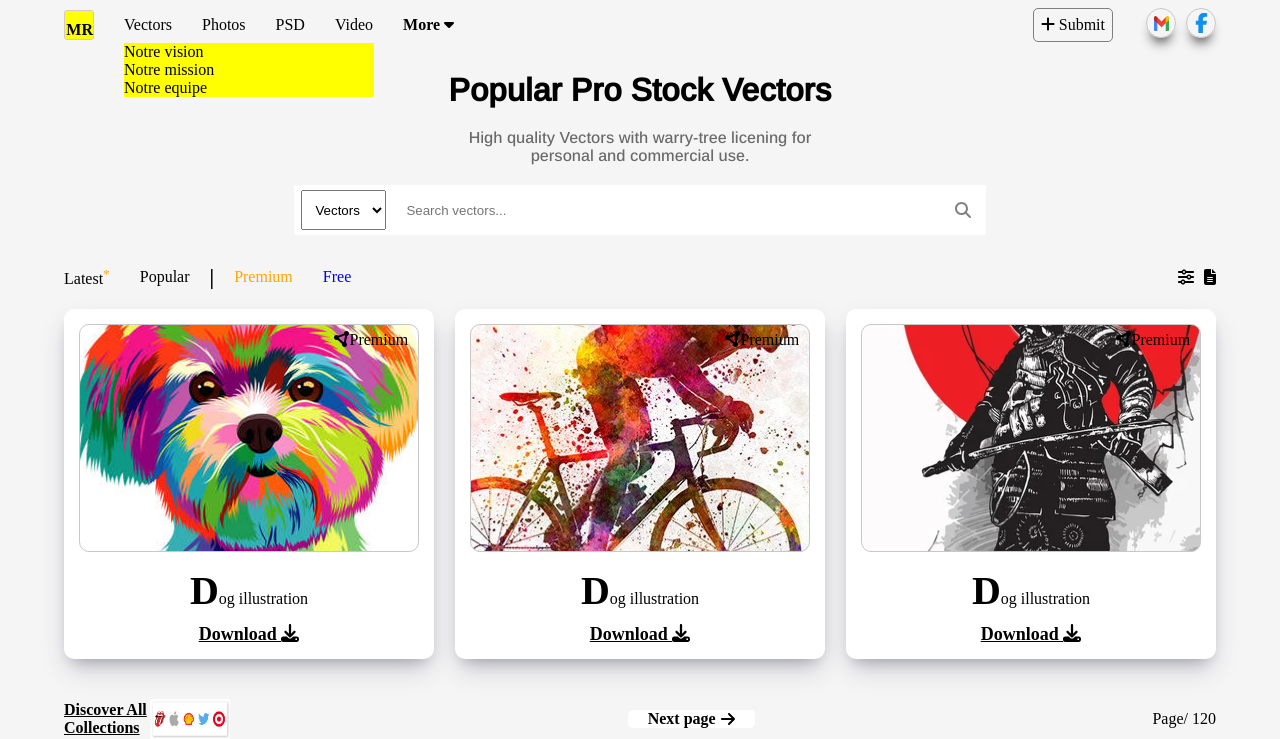
Repository: kegbaDev/VectorTemplate
Page: /
These files come from the project's save history. The page is drawn as it stood at one moment and after the next save; the edit follows.
The browser window is 1280 px wide. The pictures show the whole page.
The project was rebuilt for these pictures with package versions that can differ from the ones it lists, and the page was loaded fresh each time. Also part of the build but not shown: vite.config.js.

Above is the page before, as saved 2023-04-14 01:53:11.

### index.html
<!DOCTYPE html>
<html lang="en">
  <head>
    <meta charset="UTF-8" />
    <link rel="icon" href="/favicon.ico" />
    <meta name="viewport" content="width=device-width, initial-scale=1.0" />
    <title>Vite App</title>
  </head>
  <body style="background-color: rgb(245, 245, 245)">
    <div id="app"></div>
    <script type="module" src="/src/main.js"></script>
  </body>
</html>

### src/main.js
import { createApp } from 'vue'
import App from './App.vue'

// fontawesome importation
import '@fortawesome/fontawesome-free/css/all.css'
import '@fortawesome/fontawesome-free/js/all.js'

createApp(App).mount('#app')

### src/App.vue
<template>
<div class="wrapper">
  <div class="navbar">
    <div class="left bounce">
      <div class="logo">MR</div>
      <ul>
        <li>
          Vectors
          <div class="sous_menu">
            <ul class="liens">
              <li class="lien">Notre vision</li>
              <li class="lien">Notre mission</li>
              <li class="lien">Notre equipe</li>
            </ul>
          </div>
        </li>
        <li>Photos</li>
        <li>PSD</li>
        <li>Video</li>
        <li><span class="more" >More</span><i class="fa-solid fa-caret-down"></i></li>
      </ul>
    </div>
    <div class="right">
      <div class="submit">
        <i class="fa-solid fa-plus"></i>
        Submit
      </div>
      <div class="logo_collection">
        <div class="logo_card">
          <img src="./assets/gmail-logo-16.png" alt="google-icon" width="15px" height="15px">
        </div>
        <div class="logo_card">
          <i class="fa-brands fa-facebook-f" style="color: #1191ee; width: 25px;height: 20px;"></i>
        </div>
      </div>
    </div>
  </div>


  <!-- Second component -->


  <div class="text_section">
    <h1 class="title slideInUp">Popular Pro Stock Vectors</h1>
    <p class="paragraph slideInUp">
      High quality Vectors with warry-tree licening for <br>
      personal and commercial use.
    </p>
    <div class="input_card slideInRight">
      <select name="" id="">
        <option value="value1">Vectors</option>
        <option value="value2">Vectors</option>
      </select>
      <input type="text" placeholder="Search vectors... ">
      <i class="fa-solid fa-magnifying-glass" style="color: grey; margin-right: 15px;"></i>
    </div>
  </div>

  <!-- Third component -->

  <div class="row">
    <div class="left-row">
      <ul>
        <li>Latest<sup style="color:orange">*</sup></li>
        <li>Popular</li>
      </ul>
      <span class="pipe">
        |
      </span>
      <ul>
        <li style="color:orange">Premium</li>
        <li style="color:blue">Free</li>
      </ul>
    </div>
    <div class="right-row">
      <i class="fa-solid fa-sliders"></i>
      <i class="fa-solid fa-file-lines"></i>
    </div>
  </div>

  <!-- Fourth component  -->

  <div class="card_content slideInUp">
    <div class="main_card">
      <div class="image_and_text_space">
        <i class="fa-solid fa-circle-nodes"></i>Premium
      </div>
      <p style="margin-bottom: 10px;"><span style="text-transform: uppercase; font-weight: bolder; font-size: 40px;">D</span>og illustration</p>
      <p class="download">Download <i class="fa-solid fa-download"></i></p>
    </div>
    <div class="main_card">
      <div class="image_and_text_space2">
        <i class="fa-solid fa-circle-nodes"></i>Premium
      </div>
      <p style="margin-bottom: 10px;"><span style="text-transform: uppercase; font-weight: bolder; font-size: 40px;">D</span>og illustration</p>
      <p class="download">Download <i class="fa-solid fa-download"></i></p>
    </div>
    <div class="main_card">
      <div class="image_and_text_space3">
        <!-- <img src="./assets/154416(1).svg" width="209px" height="300px" alt=""> -->
        <i class="fa-solid fa-circle-nodes"></i>Premium
      </div>
      <p style="margin-bottom: 10px;"><span style="text-transform: uppercase; font-weight: bolder; font-size: 40px;">D</span>og illustration</p>
      <p class="download">Download <i class="fa-solid fa-download"></i></p>
    </div>
    <!-- <div class="main_card">
      <div class="image_and_text_space">
        Premium
      </div>
      <p>Dog illustration</p>
      <p class="download">Download<i class="fa-solid fa-download"></i></p>
    </div>
    <div class="main_card">
      <div class="image_and_text_space">
        Premium
      </div>
      <p>Dog illustration</p>
      <p class="download">Download<i class="fa-solid fa-download"></i></p>
    </div> -->
  </div>

  <!-- Last component -->
  <div class="last_row">
    <div class="start">
      <div class="part">
        Discover All <br>
        Collections
      </div>
      <img src="./assets/imagesfinal.jpg" alt="" style="width: 80px; height: 40px;">
    </div>
    <div class="between">
      Next page <i class="fa-solid fa-arrow-right"></i>
    </div>
    <div class="end">
      Page/ 120
    </div>
  </div>
</div>




</template>

<script setup>

</script>


<style scoped>
@import url('https://fonts.googleapis.com/css2?family=Arimo:wght@500&display=swap');
.wrapper{
  height: 100vh;
  width: 90vw;
  margin:auto;
}
*{
  padding: 0px;
  margin: 0px;
  box-sizing: border-box;
  /* font-family: 'Arimo', sans-serif; */
}
.left{
  display: flex;
  align-items: center;
}

ul{
  list-style: none;
  display: flex;
  gap: 30px;
  margin-left: 30px;
}
ul li{
  cursor: pointer;
}
.more{
  font-weight: bolder;
  padding-right: 4px;
}
.logo{
  width: 30px;
  height: 30px;
  border: 1px solid rgb(214, 201, 201);
  background-color: yellow;
  font-weight: bolder;
  display: flex;
  justify-content: end;
  align-items: end;
  border-radius: 3px;
  cursor: pointer;
}
.navbar{
  display: flex;
  justify-content: space-between;
}
.right{
  display: flex;
  gap: 3px;
}
.submit{
  border: 1px solid gray;
  padding: 7px;
  margin-right: 30px;
  border-radius: 5px;
  background-color: rgba(234, 233, 233, 0.03);
  cursor: pointer;
  transition: all 400ms ease-in-out;
}
.submit:hover{
  background-color: yellow;
  /* font-weight: bolder; */
  scale: 1.1;
}
.logo_collection{
  display: flex;
  gap: 10px;
}
.logo_card{
  width: 30px;
  height: 30px;
  border: 1px solid black;
  display: flex;
  align-items: center;
  justify-content: center;
  border-radius: 50%;
  border-color: rgb(202, 198, 198);
  -webkit-box-shadow: 0px 10px 13px -7px #000000, -2px -2px 15px 6px rgba(26,17,18,0);
  box-shadow: 0px 10px 13px -7px #000000, -2px -2px 15px 6px rgba(26,17,18,0);
  cursor: pointer;transition: all 300ms ease-in-out;

}
.logo_card:hover{
  -webkit-box-shadow: 0px 10px 13px -7px #000000, -2px -2px 15px 6px rgba(26,17,18,0);
  box-shadow: 0px 10px 13px -7px #000000, -2px -2px 15px 6px rgba(26,17,18,0);
  scale: 1.2;

}

              /* Menu deroulant */
.sous_menu .liens{
  position: absolute;
  display: block;
  background-color: yellow;
  width: 250px;
  margin-left: 0px;
  top: 35px;
}

              /* Menu deroulant */

/* Second composant */

.text_section{
  margin: 30px auto;
  text-align: center;
}
.title{
  font-family: 'Arimo', sans-serif;
  margin-bottom: 20px;
}
.paragraph{
  font-family: 'Arimo', sans-serif;
  margin-bottom: 20px;
  color: rgb(107, 106, 106);
}
.input_card{
  width: 60%;
  height: 50px;
  background-color: white;
  margin: auto;
  display: flex;
  align-items: center;
  border-radius: 2px;
}
input{
  width: 100%;
  padding-left: 20px;
  border: none;
}
input, select{
  height: 40px;
}
select{
  padding: 9px;
  margin-left: 7px;
}

/* Third component */
.row{
  display: flex;
  justify-content: space-between;
  margin-bottom: 20px;
}
.left-row ul{
  margin: 0px;
  padding: 0px;
  display: flex;
  align-items: center;
}
.left-row, .right-row{
  display: flex;
  align-items: center;
}
.pipe{
  margin: 0px 20px;
}

.pipe{
  font-weight: bolder;
  font-size: 1.3em;
}
.right-row{
  gap: 10px;
}

/* Fourth component */

.card_content{
  display: flex;
  justify-content: space-between;
}
.main_card{
  min-width: 370px;
  min-height: 350px;
  /* border: 1px solid black; */
  border-radius: 10px;
  background-color: white;
  box-shadow: rgba(50, 50, 93, 0.25) 0px 13px 27px -5px, rgba(0, 0, 0, 0.3) 0px 8px 16px -8px;
  padding-bottom: 25px;
  cursor: pointer;
  transition: all 400ms ease-in-out;
}
.main_card:hover{
  scale: 1.02;
}
.main_card p{
  text-align: center;
}
.download{
  font-weight: bolder;
  text-decoration: underline;
  font-size: large;
}
.image_and_text_space{
  padding-top: 6px;
  padding-right: 10px;
  text-align: end;
  height: 70%;
  width: 92%;
  border: 1px solid rgb(201, 199, 199);
  border-radius: 10px;
  margin: 15px auto;
  background-image: url(./assets/chien_color.jpg);
  background-repeat: no-repeat;
  background-position: center;
}
.image_and_text_space2{
  background-image: url(./assets/velo.jpg) !important;
  padding-top: 6px;
  padding-right: 10px;
  text-align: end;
  height: 70%;
  width: 92%;
  border: 1px solid rgb(201, 199, 199);
  border-radius: 10px;
  margin: 15px auto;
  background-repeat: no-repeat;
  background-position: center;
}
.image_and_text_space3{
  background-image: url(./assets/sa.webp) !important;
  padding-top: 6px;
  padding-right: 10px;
  text-align: end;
  height: 70%;
  width: 92%;
  border: 1px solid rgb(201, 199, 199);
  border-radius: 10px;
  margin: 15px auto;
  background-repeat: no-repeat;
  /* object-fit: contain; */
  background-position: center;
}

/* Animation */

.bounce {
  -webkit-animation-name: bounce;
  animation-name: bounce;
  -webkit-transform-origin: center bottom;
  -ms-transform-origin: center bottom;
  transform-origin: center bottom;
  -webkit-animation-duration: 1s;
  animation-duration: 1s;
  -webkit-animation-fill-mode: both;
  animation-fill-mode: both;
  }
  @-webkit-keyframes bounce {
  0%, 20%, 53%, 80%, 100% {
  -webkit-transition-timing-function: cubic-bezier(0.215, 0.610, 0.355, 1.000);
  transition-timing-function: cubic-bezier(0.215, 0.610, 0.355, 1.000);
  -webkit-transform: translate3d(0,0,0);
  transform: translate3d(0,0,0);
  }
  40%, 43% {
  -webkit-transition-timing-function: cubic-bezier(0.755, 0.050, 0.855, 0.060);
  transition-timing-function: cubic-bezier(0.755, 0.050, 0.855, 0.060);
  -webkit-transform: translate3d(0, -30px, 0);
  transform: translate3d(0, -30px, 0);
  }
  70% {
  -webkit-transition-timing-function: cubic-bezier(0.755, 0.050, 0.855, 0.060);
  transition-timing-function: cubic-bezier(0.755, 0.050, 0.855, 0.060);
  -webkit-transform: translate3d(0, -15px, 0);
  transform: translate3d(0, -15px, 0);
  }
  90% {
  -webkit-transform: translate3d(0,-4px,0);
  transform: translate3d(0,-4px,0);
  }
  }

  @keyframes bounce {
  0%, 20%, 53%, 80%, 100% {
  -webkit-transition-timing-function: cubic-bezier(0.215, 0.610, 0.355, 1.000);
  transition-timing-function: cubic-bezier(0.215, 0.610, 0.355, 1.000);
  -webkit-transform: translate3d(0,0,0);
  transform: translate3d(0,0,0);
  }
  40%, 43% {
  -webkit-transition-timing-function: cubic-bezier(0.755, 0.050, 0.855, 0.060);
  transition-timing-function: cubic-bezier(0.755, 0.050, 0.855, 0.060);
  -webkit-transform: translate3d(0, -30px, 0);
  transform: translate3d(0, -30px, 0);
  }
  70% {
  -webkit-transition-timing-function: cubic-bezier(0.755, 0.050, 0.855, 0.060);
  transition-timing-function: cubic-bezier(0.755, 0.050, 0.855, 0.060);
  -webkit-transform: translate3d(0, -15px, 0);
  transform: translate3d(0, -15px, 0);
  }
  90% { -webkit-transform: translate3d(0,-4px,0); transform: translate3d(0,-4px,0);
  }
}
.slideInUp {
  -webkit-animation-name: slideInUp;
  animation-name: slideInUp;
  -webkit-animation-duration: 1s;
  animation-duration: 1s;
  -webkit-animation-fill-mode: both;
  animation-fill-mode: both;
  }
  @-webkit-keyframes slideInUp {
  0% {
  -webkit-transform: translateY(100%);
  transform: translateY(100%);
  visibility: visible;
  }
  100% {
  -webkit-transform: translateY(0);
  transform: translateY(0);
  }
  }
  @keyframes slideInUp {
  0% {
  -webkit-transform: translateY(100%);
  transform: translateY(100%);
  visibility: visible;
  }
  100% {
  -webkit-transform: translateY(0);
  transform: translateY(0);
  }
}

.slideInRight {
  -webkit-animation-name: slideInRight;
  animation-name: slideInRight;
  -webkit-animation-duration: 1s;
  animation-duration: 1s;
  -webkit-animation-fill-mode: both;
  animation-fill-mode: both;
  }
  @-webkit-keyframes slideInRight {
  0% {
  -webkit-transform: translateX(100%);
  transform: translateX(100%);
  visibility: visible;
  }
  100% {
  -webkit-transform: translateX(0);
  transform: translateX(0);
  }
  }
  @keyframes slideInRight {
  0% {
  -webkit-transform: translateX(100%);
  transform: translateX(100%);
  visibility: visible;
  }
  100% {
  -webkit-transform: translateX(0);
  transform: translateX(0);
  }
  }

.slideInUp {
  -webkit-animation-name: slideInUp;
  animation-name: slideInUp;
  -webkit-animation-duration: 1s;
  animation-duration: 1s;
  -webkit-animation-fill-mode: both;
  animation-fill-mode: both;
  }
  @-webkit-keyframes slideInUp {
  0% {
  -webkit-transform: translateY(100%);
  transform: translateY(100%);
  visibility: visible;
  }
  100% {
  -webkit-transform: translateY(0);
  transform: translateY(0);
  }
  }
  @keyframes slideInUp {
  0% {
  -webkit-transform: translateY(100%);
  transform: translateY(100%);
  visibility: visible;
  }
  100% {
  -webkit-transform: translateY(0);
  transform: translateY(0);
  }
}

/* Animation */

/* last component */

.last_row{
  margin-top: 40px;
  margin-bottom: 40px;
  display: flex;
  justify-content: space-between;
  align-items: center;
}
.between{
  font-weight: bolder;
  padding: 0px 20px;
  background-color: white;
  border-radius: 5px;
  display: flex;
  justify-content: center;
  align-items: center;
  gap: 5px;
}
.start{
  display: flex;
  align-items: center;
  gap: 3px;
  text-decoration: underline;
  font-weight: bold;
}
</style>

After the next save:
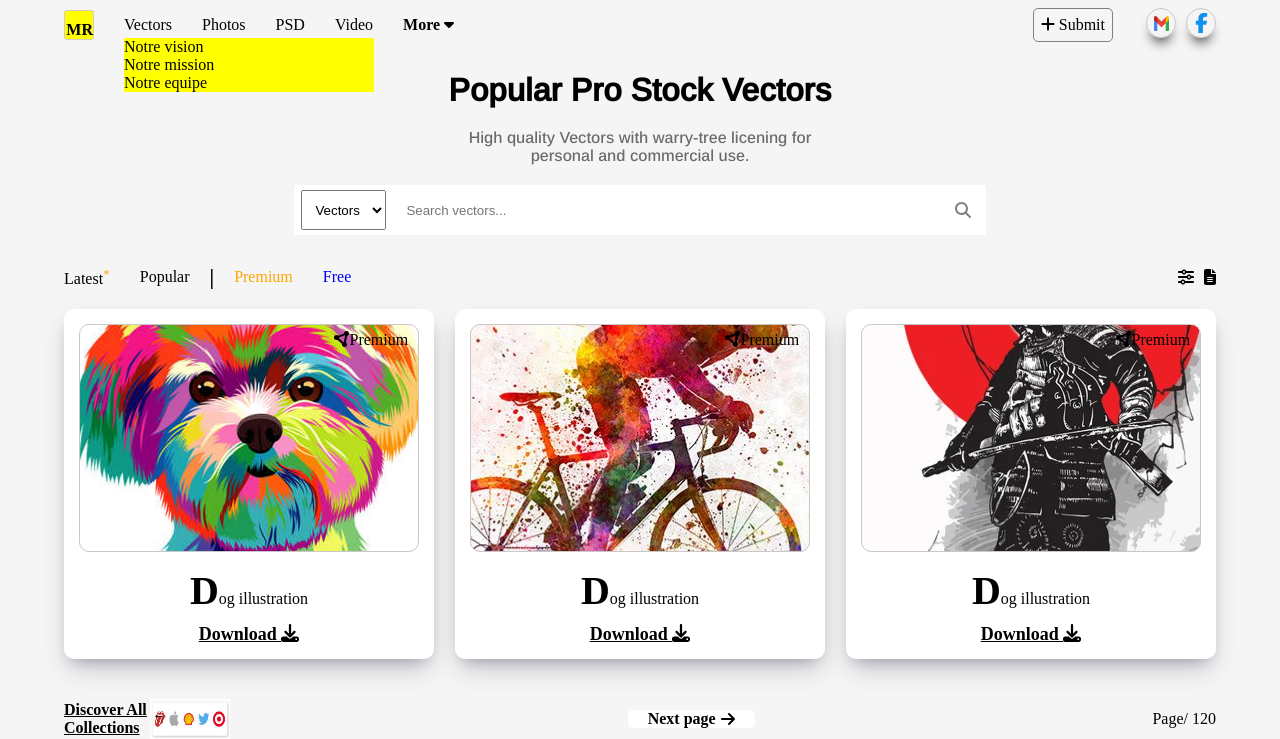
Saved 14 s later.
--- a/src/App.vue
+++ b/src/App.vue
@@ -244,7 +244,7 @@ ul li{
   background-color: yellow;
   width: 250px;
   margin-left: 0px;
-  top: 35px;
+  top: 30px;
 }
 
               /* Menu deroulant */
